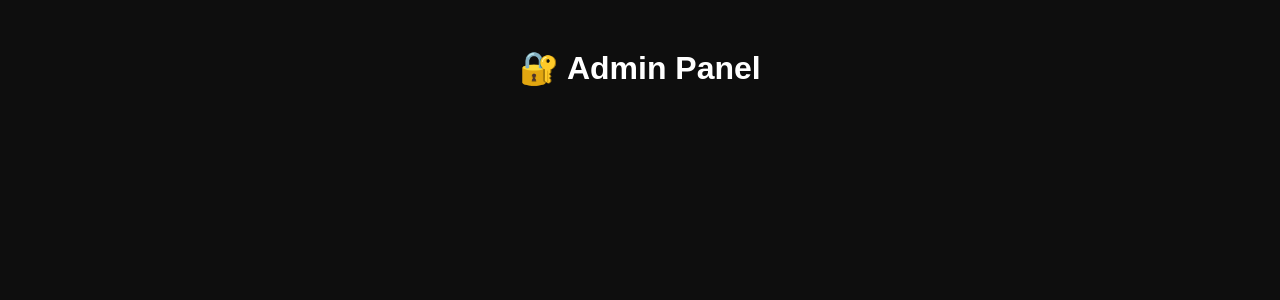
Repository: AryanHeravi/DJ-Request
Page: admin.html
An editor plug-in stored every save of this project. The page is shown before and after the next save, followed by the edit.
The browser window is 1280 px wide. The pictures show the whole page.

Above is the page before, as saved 2026-02-03 08:00:17.

### admin.html
<!DOCTYPE html>
<html lang="en">
<head>
<meta charset="UTF-8">
<title>Admin Panel</title>
<style>
body {
  background:#0e0e0e;
  color:white;
  font-family:Arial;
  padding:20px;
}

h1 { text-align:center; }

.request {
  background:#222;
  padding:12px;
  margin-bottom:10px;
  border-radius:6px;
}

.fast {
  border-left:6px solid gold;
}

button {
  margin-right:10px;
  padding:6px 10px;
  border:none;
  border-radius:4px;
  cursor:pointer;
}

.approve { background:#1db954; }
.remove { background:#b00020; color:white; }
</style>
</head>

<body>

<h1>🔐 Admin Panel</h1>

<div id="requests"></div>

<script>
function render() {
  const container = document.getElementById('requests');
  container.innerHTML = '';
  const list = JSON.parse(localStorage.getItem('requests') || '[]');

  list.forEach((r,i) => {
    const div = document.createElement('div');
    div.className = 'request ' + (r.lane === 'fast' ? 'fast' : '');
    div.innerHTML = `
      <strong>${r.song}</strong> – ${r.artist}<br>
      From: ${r.name}<br>
      Lane: ${r.lane.toUpperCase()} (${r.payment})
      <br><br>
      ${!r.approved ? `<button class="approve" onclick="approve(${i})">Approve</button>` : ''}
      <button class="remove" onclick="removeReq(${i})">Remove (Played)</button>
    `;
    container.appendChild(div);
  });
}

function approve(i) {
  const list = JSON.parse(localStorage.getItem('requests'));
  list[i].approved = true;
  localStorage.setItem('requests', JSON.stringify(list));
  render();
}

function removeReq(i) {
  const list = JSON.parse(localStorage.getItem('requests'));
  list.splice(i,1);
  localStorage.setItem('requests', JSON.stringify(list));
  render();
}

render();
</script>

</body>
</html>

After the next save:
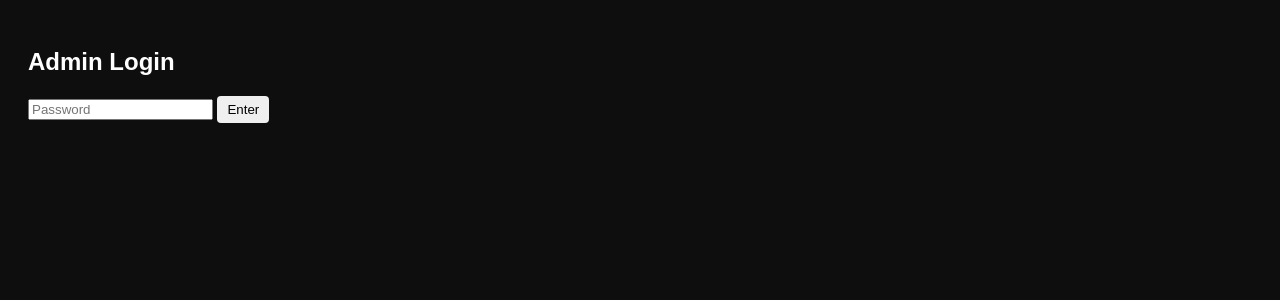
Saved 18 s later.
--- a/admin.html
+++ b/admin.html
@@ -3,6 +3,7 @@
 <head>
 <meta charset="UTF-8">
 <title>Admin Panel</title>
+
 <style>
 body {
   background:#0e0e0e;
@@ -11,7 +12,7 @@ body {
   padding:20px;
 }
 
-h1 { text-align:center; }
+.hidden { display:none; }
 
 .request {
   background:#222;
@@ -20,13 +21,11 @@ h1 { text-align:center; }
   border-radius:6px;
 }
 
-.fast {
-  border-left:6px solid gold;
-}
+.fast { border-left:5px solid gold; }
 
 button {
+  padding:6px 10px;
   margin-right:10px;
-  padding:6px 10px;
   border:none;
   border-radius:4px;
   cursor:pointer;
@@ -39,25 +38,52 @@ button {
 
 <body>
 
-<h1>🔐 Admin Panel</h1>
+<div id="login">
+  <h2>Admin Login</h2>
+  <input id="password" type="password" placeholder="Password">
+  <button onclick="login()">Enter</button>
+</div>
 
-<div id="requests"></div>
+<div id="panel" class="hidden">
+  <h1>🎛 Admin Panel</h1>
+  <div id="requests"></div>
+</div>
 
 <script>
+const ADMIN_PASSWORD = "1234"; // 🔑 CHANGE THIS
+
+function login() {
+  const pass = document.getElementById('password').value;
+  if (pass === ADMIN_PASSWORD) {
+    sessionStorage.setItem('admin', 'true');
+    document.getElementById('login').classList.add('hidden');
+    document.getElementById('panel').classList.remove('hidden');
+    render();
+  } else {
+    alert('Wrong password');
+  }
+}
+
+if (sessionStorage.getItem('admin')) {
+  document.getElementById('login').classList.add('hidden');
+  document.getElementById('panel').classList.remove('hidden');
+  render();
+}
+
 function render() {
   const container = document.getElementById('requests');
   container.innerHTML = '';
   const list = JSON.parse(localStorage.getItem('requests') || '[]');
 
   list.forEach((r,i) => {
+    if (r.status === 'removed') return;
+
     const div = document.createElement('div');
     div.className = 'request ' + (r.lane === 'fast' ? 'fast' : '');
     div.innerHTML = `
       <strong>${r.song}</strong> – ${r.artist}<br>
-      From: ${r.name}<br>
-      Lane: ${r.lane.toUpperCase()} (${r.payment})
-      <br><br>
-      ${!r.approved ? `<button class="approve" onclick="approve(${i})">Approve</button>` : ''}
+      ${r.name} | ${r.lane.toUpperCase()} | ${r.payment}<br><br>
+      ${r.status === 'pending' ? `<button class="approve" onclick="approve(${i})">Approve</button>` : ''}
       <button class="remove" onclick="removeReq(${i})">Remove (Played)</button>
     `;
     container.appendChild(div);
@@ -66,19 +92,17 @@ function render() {
 
 function approve(i) {
   const list = JSON.parse(localStorage.getItem('requests'));
-  list[i].approved = true;
+  list[i].status = 'approved';
   localStorage.setItem('requests', JSON.stringify(list));
   render();
 }
 
 function removeReq(i) {
   const list = JSON.parse(localStorage.getItem('requests'));
-  list.splice(i,1);
+  list[i].status = 'removed';
   localStorage.setItem('requests', JSON.stringify(list));
   render();
 }
-
-render();
 </script>
 
 </body>
